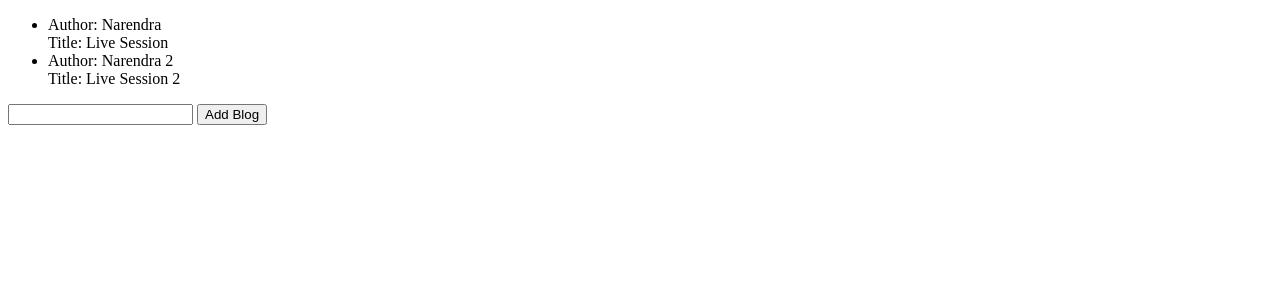
Repository: narendraiitm/may-2023-live-sessions
Page: index.html
These files come from the project's save history. The page is drawn as it stood at one moment and after the next save; the edit follows.
The browser window is 1280 px wide. The pictures show the whole page.

Above is the page before, as saved 2023-06-27 21:50:51.

After the next save:
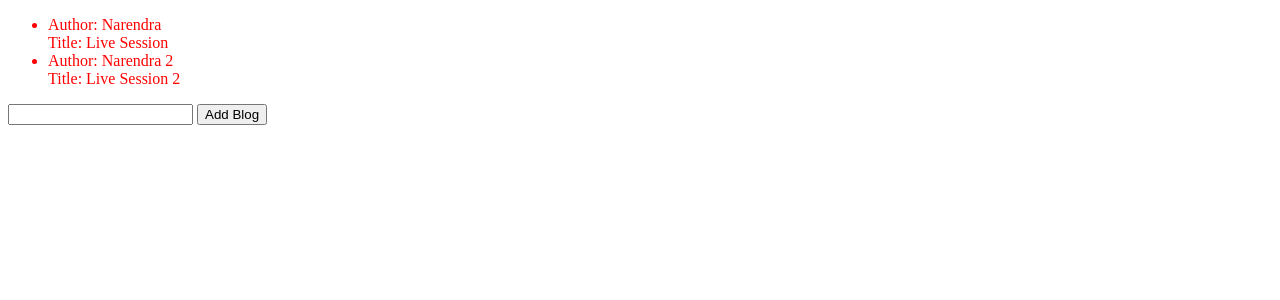
Saved 8 s later.
--- a/app.js
+++ b/app.js
@@ -3,7 +3,7 @@ new Vue({
   el: '#app',
   template: `
   <div>
-    <ul v-bind='className'>
+    <ul v-bind:class='className'>
        <li v-for='blog in blogs'>
         <div>Author: {{blog.author}}</div>
         <div>Title: {{blog.title}}</div>
